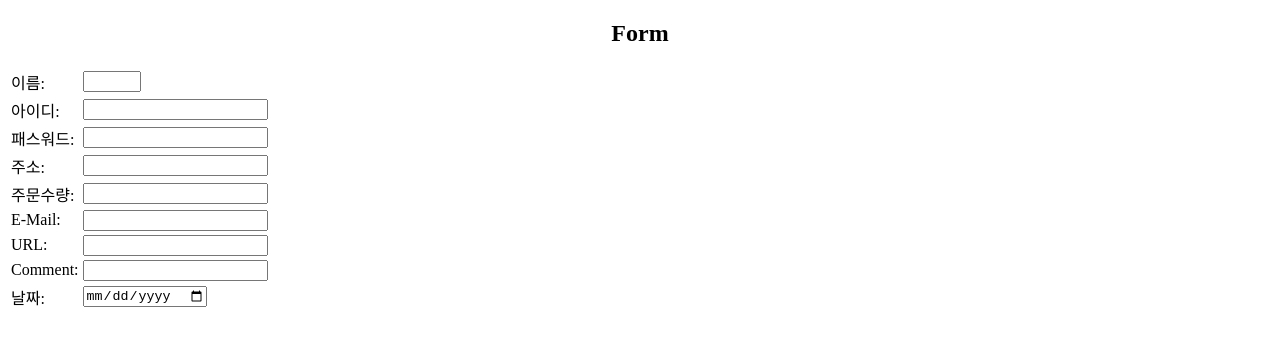
Repository: gyujin91/JSP
Page: web01/src/main/webapp/form.html
The author's editor kept a copy of each file at every save. The page is drawn from the files as they stood at one save, then again after the next save.
The browser window is 1280 px wide. The pictures show the whole page.

Above is the page before, as saved 2022-04-22 05:16:54.

### web01/src/main/webapp/form.html
<!DOCTYPE html>
<html>
<head>
<meta charset="UTF-8">
<link rel="stylesheet" type="text/css" href="">
<style>
.form{text-align: center;}
.input1{width: 50px;}
</style>

<title>Form Sample</title>
</head>
<body>
	<h2 class="form">Form</h2>
	<form action="loginPro.jsp" method="post" name="twin">
        <table>
            <tr>
                <td>이름:</td>
                <td><input type="text" name="name" class="input1"></td>
            </tr>
            <tr>
            	<td>아이디:
            	<td><input type="text" name="uid"></td>
            </tr>
            <tr>
            	<td>패스워드:
            	<td><input type="password" name="upw"></td>
            </tr>
            <tr>
            	<td>주소:
            	<td><input type="text" name="adrr"></td>
            </tr>
            <tr>
            	<td>주문수량:
            	<td><input type="text" name="ordercount"></td>
            </tr>
            <tr>
            	<td>E-Mail:
            	<td><input type="email" name="eamil"></td>
            </tr>
            <tr>
            	<td>URL:
            	<td><input type="url" name="url"></td>
            </tr>
            <tr>
            	<td>Comment:
            	<td><input type="text" name="comment"></td>
            </tr>
            <tr>
            	<td>날짜:
            	<td><input type="date" name="date"></td>
            </tr>


        </table>




</body>
</html>

After the next save:
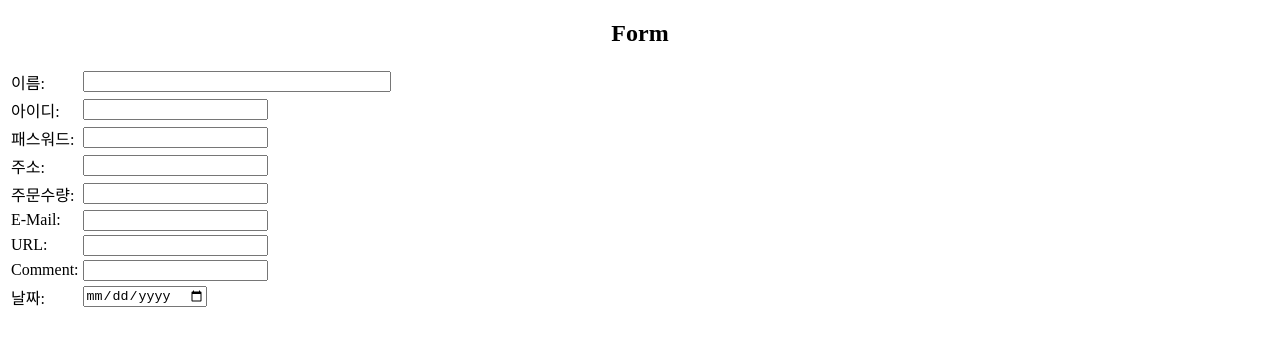
Saved 17 s later.
--- a/web01/src/main/webapp/form.html
+++ b/web01/src/main/webapp/form.html
@@ -5,7 +5,7 @@
 <link rel="stylesheet" type="text/css" href="">
 <style>
 .form{text-align: center;}
-.input1{width: 50px;}
+.input1{width: 300px;}
 </style>
 
 <title>Form Sample</title>
